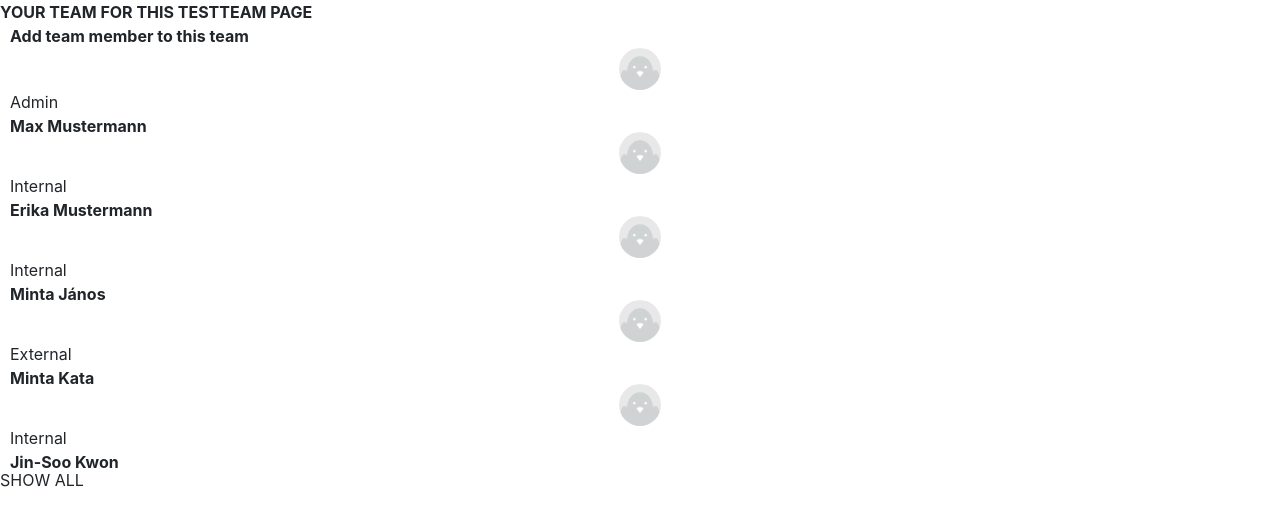
Repository: ftc92/team
Page: /
The author's editor kept a copy of each file at every save. The page is drawn from the files as they stood at one save, then again after the next save.
The browser window is 1280 px wide. The pictures show the whole page.
Some web fonts or font styles are not loaded; a fallback is used. The project was rebuilt for these pictures with package versions that can differ from the ones it lists, and the page was loaded fresh each time. Also part of the build but not shown: src/components/selectMember.jsx.

Above is the page before, as saved 2019-01-20 17:05:36.

### src/index.js
import React from "react";
import ReactDOM from "react-dom";
import "./index.css";
import App from "./App";
import * as serviceWorker from "./serviceWorker";
import "bootstrap/dist/css/bootstrap.css";
import Select from "./components/selectMember";

ReactDOM.render(<App />, document.getElementById("root"));

// If you want your app to work offline and load faster, you can change
// unregister() to register() below. Note this comes with some pitfalls.
// Learn more about service workers: http://bit.ly/CRA-PWA
serviceWorker.register();

### src/App.jsx
import React, { Component } from "react";
import logo from "./logo.svg";
import "./App.css";
import Select from "./components/selectMember";
import Team from "./components/team";
import data from "./data.json";
import SelectSearch from "react-select-search";

class App extends Component {
  state = {
    users: data,
    members: data,
    showAll: false,
    max: 5
  };

  handleClick = id => {
    let curr = this.state.users.filter(u => u.id == id);
    let members = [...this.state.members, ...curr];
    this.setState({ members });
  };

  handleDelete = id => {
    let members = this.state.members.filter(u => u.id != id);

    this.setState({ members });
  };
  showAll = () => {
    console.log("showAll");
    this.setState({ showAll: true });
  };

  render() {
    let difference = this.state.users.filter(
      x => !this.state.members.includes(x)
    );
    let usrs = difference.map(u => {
      return { name: u.username, value: u.id, photo: u.picture };
    });
    let to_show = this.state.members.slice(0, this.state.max);

    if (this.state.showAll) {
      to_show = this.state.members;
    }

    console.log(usrs.slice(0, 43));
    return (
      <div>
        <div className="container_main ">
          <b className="top_heading ">
            YOUR TEAM FOR THIS TEST
            <span className="team_icon ">
              TEAM PAGE
              <i class="fa fas fa-lg fa-users" />
            </span>
          </b>

          <Team
            members={to_show}
            users={usrs}
            onAdd={this.handleClick}
            onDelete={this.handleDelete}
          />
        </div>
        {!this.state.showAll && this.state.members.length > this.state.max && (
          <div className="show_all" onClick={() => this.showAll()}>
            SHOW ALL<i class="fa fa-angle-down" aria-hidden="true" />
          </div>
        )}
      </div>
    );
  }
}

export default App;

### src/App.css
.App {
  text-align: center;
}

.App-logo {
  animation: App-logo-spin infinite 20s linear;
  height: 40vmin;
}

.App-header {
  background-color: #282c34;
  min-height: 100vh;
  display: flex;
  flex-direction: column;
  align-items: center;
  justify-content: center;
  font-size: calc(10px + 2vmin);
  color: white;
}

.App-link {
  color: #61dafb;
}
.outer {
  margin: 30px;
}

@keyframes App-logo-spin {
  from {
    transform: rotate(0deg);
  }
  to {
    transform: rotate(360deg);
  }
}

[class*="fontawesome-"]:before {
  font-family: "fontawesome", sans-serif;
}

body {
  font-family: "Helvetica Neue", Helvetica, Arial, sans-serif;
}

.select-search-box {
  width: 300px;
  position: relative;
  margin-bottom: 20px;
  background: #fff;
  border-radius: 4px;
}

.select-search-box--multiple {
  border-radius: 4px;
  box-shadow: 0 7px 14px 0 rgba(50, 50, 93, 0.1),
    0 3px 6px 0 rgba(0, 0, 0, 0.07);
  overflow: hidden;
}

.select-search-box::after {
  font-family: fontawesome;
  content: "\f078";
  position: absolute;
  top: 0;
  right: 0;
  width: 40px;
  text-align: center;
  line-height: 50px;
  color: #222f3e;
  z-index: 1;
}

.select-search-box--multiple::after {
  content: "\f002";
}

.select-search-box--input::after {
  display: none !important;
}

.select-search-box__out {
  display: none;
}

.select-search-box__search {
  display: block;
  width: 100%;
  height: 50px;
  border: none;
  background: none;
  outline: none;
  font-size: 16px;
  padding: 0 20px;
  color: #222f3e;
  -webkit-appearance: none;
  box-sizing: border-box;
  position: relative;
  z-index: 2;
  cursor: pointer;
  font-family: "Helvetica Neue", Helvetica, Arial, sans-serif;
  line-height: 50px;
  box-shadow: 0 7px 14px 0 rgba(50, 50, 93, 0.1),
    0 3px 6px 0 rgba(0, 0, 0, 0.07);
}

input.select-search-box__search {
  line-height: 1;
}

.select-search-box--multiple .select-search-box__search {
  box-shadow: none;
}

.select-search-box--input .select-search-box__search {
  cursor: text;
}

.select-search-box__search:focus {
  cursor: text;
}

.select-search-box__search--placeholder {
  font-style: italic;
  font-weight: normal;
}

.select-search-box input::-webkit-input-placeholder {
  color: #ccc;
  font-style: italic;
  font-weight: normal;
}

.select-search-box input::-moz-placeholder {
  color: #ccc;
  font-style: italic;
  font-weight: normal;
}

.select-search-box input:-moz-placeholder {
  color: #ccc;
  font-style: italic;
  font-weight: normal;
}

.select-search-box input:-ms-input-placeholder {
  color: #ccc;
  font-style: italic;
  font-weight: normal;
}

input[type="search"]::-webkit-search-cancel-button,
input[type="search"]::-webkit-search-decoration {
  -webkit-appearance: none;
}

.select-search-box__select {
  display: none;
  position: absolute;
  top: 60px;
  left: 0;
  right: 0;
  background: #fff;
  border-radius: 4px;
  overflow: auto;
  box-shadow: 0 7px 14px 0 rgba(50, 50, 93, 0.1),
    0 3px 6px 0 rgba(0, 0, 0, 0.07);
  z-index: 100;
  min-height: 49px;
}

.select-search-box--multiple .select-search-box__select {
  display: block;
  position: static;
  border-top: 1px solid #eee;
  border-radius: 0;
  box-shadow: none;
}

.select-search-box__select--display {
  display: block;
}

.select-search-box__option {
  font-size: 16px;
  font-weight: 400;
  color: #616b74;
  padding: 15px 20px;
  border-top: 1px solid #eee;
  cursor: pointer;
  white-space: nowrap;
  overflow: hidden;
  text-overflow: ellipsis;
  user-select: none;
}

.select-search-box__option:first-child {
  border-top: none;
}

.select-search-box__option--hover,
.select-search-box__option:hover {
  background: #f4f7fa;
}

.select-search-box__option--selected {
  background: #54a0ff;
  color: #fff;
  border-top-color: #2184ff;
}

.select-search-box__option--selected:hover,
.select-search-box__option--selected.select-search-box__option--hover {
  background: #2184ff;
  color: #fff;
  border-top-color: #2184ff;
}

.select-search-box__group {
  margin-top: 20px;
  padding-top: 20px;
  border-top: 1px solid #eee;
  position: relative;
}

.select-search-box__group-header {
  position: absolute;
  top: 0;
  left: 50%;
  transform: translate(-50%, -50%);
  background: white;
  padding: 0 10px;
  color: rgba(0, 0, 0, 0.5);
  font-size: 12px;
}

### src/components/team.jsx
import React, { Component } from "react";
import "./team.css";
import SelectSearch from "react-select-search";

class Team extends Component {
  state = { showList: false };

  showList = () => {
    console.log("showww");
    this.setState({ showList: true });
  };

  hideList = () => {
    console.log("hideeeeee");
    this.setState({ showList: false });
  };

  render() {
    function renderFriend(option) {
      const imgStyle = {
        borderRadius: "50%",
        verticalAlign: "middle",
        marginRight: 10
      };

      return (
        <span>
          <img style={imgStyle} width="40" height="40" src={option.photo} />
          <span>{option.name}</span>
        </span>
      );
    }

    return (
      <div>
        <div className="_outer">
          {this.state.showList ? (
            <SelectSearch
              name="friends"
              multiple={false}
              autofocus={true}
              height={99}
              options={this.props.users}
              placeholder="Add team member to list"
              onChange={(value, state, props) => {
                this.props.onAdd(value.value);
                this.hideList();
              }}
              onBlur={(value, state, props) => {
                this.hideList();
              }}
              renderOption={renderFriend}
            />
          ) : (
            <div className="kanban  add_card " onClick={() => this.showList()}>
              <span>
                <i className="fa fa-plus add_icon" aria-hidden="true" />
                <b className="details">Add team member to this team</b>
              </span>
            </div>
          )}

          {this.props.members.map(m => (
            <div className="kanban profile" key={m.id}>
              <div className="photo_cnt">
                <img className="photo" alt="img" src={m.picture} />
                <i
                  className="fa fa-times del_usr"
                  aria-hidden="true"
                  onClick={() => {
                    this.props.onDelete(m.id);
                  }}
                />
              </div>
              <div className="details">
                <div>{m.role}</div>
                <b>{m.username}</b>
              </div>
            </div>
          ))}
        </div>
      </div>
    );
  }
}

export default Team;

### src/data.json
[
  {
    "username": "Max Mustermann",
    "role": "Admin",
    "picture": "avatar-default.png",
    "id": 1
  },
  {
    "username": "Erika Mustermann",
    "role": "Internal",
    "picture": "avatar-default.png",
    "id": 2
  },
  {
    "username": "Minta J\u00e1nos",
    "role": "Internal",
    "picture": "avatar-default.png",
    "id": 3
  },
  {
    "username": "Minta Kata",
    "role": "External",
    "picture": "avatar-default.png",
    "id": 4
  },
  {
    "username": "Jin-Soo Kwon",
    "role": "Internal",
    "picture": "avatar-default.png",
    "id": 5
  },
  {
    "username": "Sun-Hwa Kwon",
    "role": "Internal",
    "picture": "avatar-default.png",
    "id": 6
  },
  {
    "username": "Desmond Hume",
    "role": "Admin",
    "picture": "avatar-default.png",
    "id": 7
  },
  {
    "username": "Duncan Idaho",
    "role": "External",
    "picture": "avatar-default.png",
    "id": 8
  },
  {
    "username": "Georgia Lass",
    "role": "External",
    "picture": "avatar-default.png",
    "id": 9
  },
  {
    "username": "Betty Rhomer",
    "role": "Internal",
    "picture": "avatar-default.png",
    "id": 10
  }
]

### src/components/team.css
.photo {
  border-radius: 53px;
  height: 100%;
}
.photo_cnt {
  border-radius: 53px;
  height: 42px;
  text-align: center;
}
.details {
  margin-left: 10px;
  height: 42px;
}
.roww {
  display: flex;
  padding: 20px;
}

.del_usr {
  color: orangered;
  display: none;
  height: 42px;
  width: 42px;
  padding: 11px;
}
.del_usr:hover {
  border-radius: 53px;
  border: solid 1px;
}

.roww:hover .del_usr {
  display: block;
}

.roww:hover .photo {
  display: none;
}
.roww:hover {
  background: aliceblue;
}

.select-search-box {
  width: 300px;
  position: relative;
  margin-bottom: 20px;
  background: #fff;
  border-radius: 4px;
}

.select-search-box--multiple {
  border-radius: 4px;
  box-shadow: 0 7px 14px 0 rgba(50, 50, 93, 0.1),
    0 3px 6px 0 rgba(0, 0, 0, 0.07);
  overflow: hidden;
}

.select-search-box::after {
  font-family: fontawesome;
  content: "\f078";
  position: absolute;
  top: 0;
  right: 0;
  width: 40px;
  text-align: center;
  line-height: 50px;
  color: #222f3e;
  z-index: 1;
}

.select-search-box--multiple::after {
  content: "\f002";
}

.select-search-box--input::after {
  display: none !important;
}

.select-search-box__out {
  display: none;
}

.select-search-box__search {
  display: block;
  width: 100%;
  height: 50px;
  border: none;
  background: none;
  outline: none;
  font-size: 16px;
  padding: 0 20px;
  color: #222f3e;
  -webkit-appearance: none;
  box-sizing: border-box;
  position: relative;
  z-index: 2;
  cursor: pointer;
  font-family: "Helvetica Neue", Helvetica, Arial, sans-serif;
  line-height: 50px;
  box-shadow: 0 7px 14px 0 rgba(50, 50, 93, 0.1),
    0 3px 6px 0 rgba(0, 0, 0, 0.07);
}

input.select-search-box__search {
  line-height: 1;
}

.select-search-box--multiple .select-search-box__search {
  box-shadow: none;
}

.select-search-box--input .select-search-box__search {
  cursor: text;
}

.select-search-box__search:focus {
  cursor: text;
}

.select-search-box__search--placeholder {
  font-style: italic;
  font-weight: normal;
}

.select-search-box input::-webkit-input-placeholder {
  color: #ccc;
  font-style: italic;
  font-weight: normal;
}

.select-search-box input::-moz-placeholder {
  color: #ccc;
  font-style: italic;
  font-weight: normal;
}

.select-search-box input:-moz-placeholder {
  color: #ccc;
  font-style: italic;
  font-weight: normal;
}

.select-search-box input:-ms-input-placeholder {
  color: #ccc;
  font-style: italic;
  font-weight: normal;
}

input[type="search"]::-webkit-search-cancel-button,
input[type="search"]::-webkit-search-decoration {
  -webkit-appearance: none;
}

.select-search-box__select {
  display: none;
  position: absolute;
  top: 60px;
  left: 0;
  right: 0;
  background: #fff;
  border-radius: 4px;
  overflow: auto;
  box-shadow: 0 7px 14px 0 rgba(50, 50, 93, 0.1),
    0 3px 6px 0 rgba(0, 0, 0, 0.07);
  z-index: 100;
  min-height: 49px;
}

.select-search-box--multiple .select-search-box__select {
  display: block;
  position: static;
  border-top: 1px solid #eee;
  border-radius: 0;
  box-shadow: none;
}

.select-search-box__select--display {
  display: block;
}

.select-search-box__option {
  font-size: 16px;
  font-weight: 400;
  color: #616b74;
  padding: 15px 20px;
  border-top: 1px solid #eee;
  cursor: pointer;
  white-space: nowrap;
  overflow: hidden;
  text-overflow: ellipsis;
  user-select: none;
}

.select-search-box__option:first-child {
  border-top: none;
}

.select-search-box__option--hover,
.select-search-box__option:hover {
  background: #f4f7fa;
}

.select-search-box__option--selected {
  background: #54a0ff;
  color: #fff;
  border-top-color: #2184ff;
}

.select-search-box__option--selected:hover,
.select-search-box__option--selected.select-search-box__option--hover {
  background: #2184ff;
  color: #fff;
  border-top-color: #2184ff;
}

.select-search-box__group {
  margin-top: 20px;
  padding-top: 20px;
  border-top: 1px solid #eee;
  position: relative;
}

.select-search-box__group-header {
  position: absolute;
  top: 0;
  left: 50%;
  transform: translate(-50%, -50%);
  background: white;
  padding: 0 10px;
  color: rgba(0, 0, 0, 0.5);
  font-size: 12px;
}

Loaded but not shown: public/index.html (common file); src/index.css (common file); src/serviceWorker.js (common file)

After the next save:
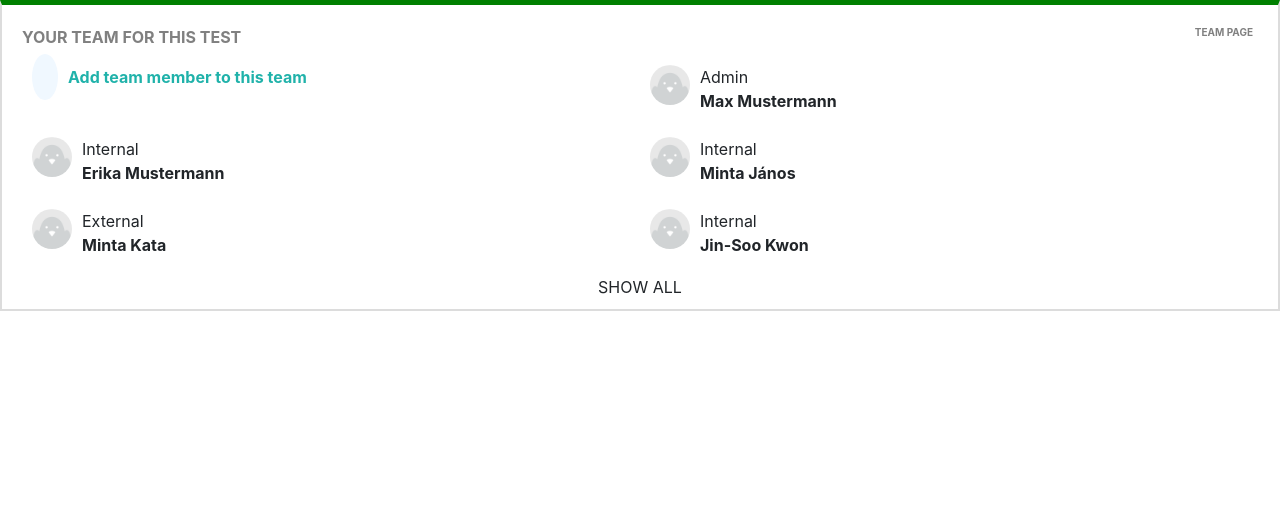
Saved 26 s later.
--- a/src/App.jsx
+++ b/src/App.jsx
@@ -64,7 +64,8 @@ class App extends Component {
         </div>
         {!this.state.showAll && this.state.members.length > this.state.max && (
           <div className="show_all" onClick={() => this.showAll()}>
-            SHOW ALL<i class="fa fa-angle-down" aria-hidden="true" />
+            SHOW ALL
+            <i class="fa fa-angle-down" aria-hidden="true" />
           </div>
         )}
       </div>
--- a/src/App.css
+++ b/src/App.css
@@ -1,5 +1,23 @@
 .App {
   text-align: center;
+}
+.container_main {
+  padding: 20px;
+  border: solid 2px gainsboro;
+  border-top: solid 5px green;
+  border-bottom: 0;
+  padding-bottom: 0;
+}
+.top_heading {
+  color: gray;
+  margin-bottom: 16px;
+}
+.team_icon {
+  float: right;
+  font-size: 10px;
+}
+.fa-users {
+  margin-left: 5px;
 }
 
 .App-logo {
--- a/src/components/team.css
+++ b/src/components/team.css
@@ -1,50 +1,103 @@
+.kanban {
+  display: flex;
+  width: 50%;
+  padding-left: 10px !important;
+  padding-right: 0px !important;
+  padding-top: 16px;
+  padding-bottom: 16px;
+}
+._outer {
+  display: flex;
+  flex-wrap: wrap;
+}
+
 .photo {
-  border-radius: 53px;
+  border-radius: 50%;
   height: 100%;
 }
 .photo_cnt {
-  border-radius: 53px;
-  height: 42px;
+  height: 40px;
   text-align: center;
 }
 .details {
   margin-left: 10px;
-  height: 42px;
+  height: 40px;
 }
 .roww {
-  display: flex;
-  padding: 20px;
+}
+
+.add_card {
+  color: lightseagreen;
 }
 
 .del_usr {
   color: orangered;
   display: none;
-  height: 42px;
-  width: 42px;
+  height: 40px;
+  width: 40px;
   padding: 11px;
 }
 .del_usr:hover {
-  border-radius: 53px;
+  border-radius: 50%;
   border: solid 1px;
 }
 
-.roww:hover .del_usr {
-  display: block;
-}
-
-.roww:hover .photo {
-  display: none;
-}
-.roww:hover {
+.profile:hover .del_usr {
+  display: block;
+}
+.add_icon {
   background: aliceblue;
-}
-
+
+  border-radius: 50%;
+  width: 40px;
+  height: 40px;
+  padding: 13px;
+}
+
+.profile:hover .photo {
+  display: none;
+}
+.profile:hover,
+.add_card:hover {
+  background: aliceblue;
+}
+
+.add_card:hover .add_icon {
+  background: white;
+}
+.show_all {
+  text-align: center;
+  padding: 10px;
+  border: solid 2px gainsboro;
+  border-top: 0;
+}
+.show_all:hover {
+  background: aliceblue;
+}
 .select-search-box {
-  width: 300px;
+  width: 50%;
   position: relative;
   margin-bottom: 20px;
   background: #fff;
   border-radius: 4px;
+}
+
+@media screen and (max-width: 768px) {
+  .select-search-box {
+    width: 100%;
+  }
+  .kanban {
+    width: 100%;
+    padding-top: 10px;
+    padding-bottom: 10px;
+  }
+  .team_icon {
+    display: none;
+  }
+}
+
+.select-search-box__options {
+  padding: 0;
 }
 
 .select-search-box--multiple {
@@ -82,12 +135,12 @@
 .select-search-box__search {
   display: block;
   width: 100%;
-  height: 50px;
+  /*height: 50px;*/
   border: none;
   background: none;
   outline: none;
   font-size: 16px;
-  padding: 0 20px;
+  padding: 16px 10px;
   color: #222f3e;
   -webkit-appearance: none;
   box-sizing: border-box;
@@ -153,7 +206,7 @@ input[type="search"]::-webkit-search-decoration {
 .select-search-box__select {
   display: none;
   position: absolute;
-  top: 60px;
+  top: 66px;
   left: 0;
   right: 0;
   background: #fff;
@@ -181,7 +234,7 @@ input[type="search"]::-webkit-search-decoration {
   font-size: 16px;
   font-weight: 400;
   color: #616b74;
-  padding: 15px 20px;
+  padding: 8px 10px;
   border-top: 1px solid #eee;
   cursor: pointer;
   white-space: nowrap;
